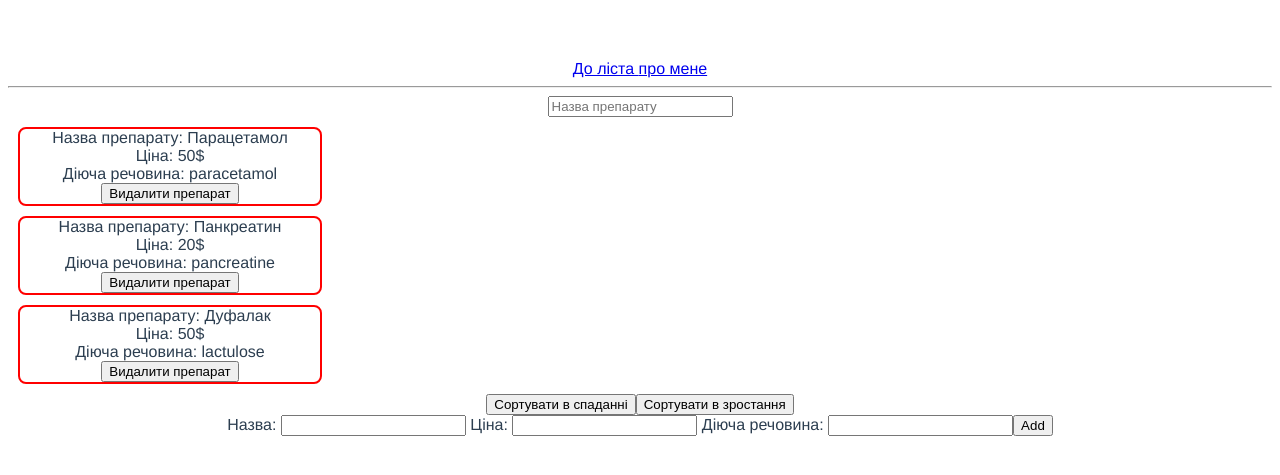
Repository: KYUUBI-K/Labs-from-2-course-
Page: /#/list (app in lab2(pharmacy)/)
These files come from the project's save history. The page is drawn as it stood at one moment and after the next save; the edit follows.
The browser window is 1280 px wide. The pictures show the whole page.
The project was rebuilt for these pictures with package versions that can differ from the ones it lists, and the page was loaded fresh each time.

Above is the page before, as saved 2021-12-21 16:10:10.

### lab2(pharmacy)/src/main.js
import Vue from 'vue'
import App from './App.vue'
import store from './state/index'
import VueRouter from 'vue-router';
import router from './router/index'

Vue.use(VueRouter);

Vue.config.productionTip = false

new Vue({
  store,
  router,
  render: (h) => h(App),
}).$mount('#app')

### lab2(pharmacy)/src/App.vue
<template>
  <div id="app">
    <router-link to="/list">До ліста </router-link>
    <router-link to="/AboutMe">про мене </router-link>
    <hr />
    <router-view></router-view>
  </div>
</template>

<script>
export default {
  name: "App",
  components: {},
};
</script>

<style>
#app {
  font-family: Avenir, Helvetica, Arial, sans-serif;
  -webkit-font-smoothing: antialiased;
  -moz-osx-font-smoothing: grayscale;
  text-align: center;
  color: #2c3e50;
  margin-top: 60px;
}
</style>

### lab2(pharmacy)/src/state/index.js
import Vue from 'vue'
import Vuex from 'vuex'
import { v4 as uuidv4 } from 'uuid'
Vue.use(Vuex)

const store = new Vuex.Store({
  state: {
    search:"",
    taskList:[
        {
          id:1, title:'Парацетамол', price:'50', active_substance:'paracetamol',
        },
        {
            id:2, title:'Панкреатин', price:'20', active_substance:'pancreatine',

        },
        {
            id:3, title:'Дуфалак', price:'50', active_substance:'lactulose',

        }
    ]
  },
  getters:{
      getTaskList:(state)=>state.taskList
  },
  mutations:{
    addNewTask(state, dataObj) {
      state.taskList.push({
        id: uuidv4(),
        ...dataObj,
      })
    },
    deleteTask(state,dataobj){
        state.taskList = state.taskList.filter(item=>(item.id != dataobj))
    },
    sortTuskUp(state,dataobj){
        state.taskList = state.taskList.sort(item=>(item.price=dataobj))
    }
  },
  actions:{
    addTask({ commit }, data) {
      commit('addNewTask', data)
    },
    delete({commit},data){
        commit('deleteTask',data)
    },
    sortup({commit},data){
        commit('sortTuskUp',data)
    }
  }

})

export default store

### lab2(pharmacy)/src/router/index.js
import Vue from 'vue';
import VueRouter from 'vue-router';
import Tasklist from '../components/Tasklist'
Vue.use(VueRouter);

export const router = new VueRouter({
    routes:[
    {
        path:'/list',
        component:Tasklist,
        name:'list',
    }
    ]

});
export default router

### lab2(pharmacy)/src/components/Tasklist/index.vue
<template>
  <div>
    <div>
      <input type="search" v-model="search" placeholder="Назва препарату" />
    </div>
    <task-item v-for="task in filterTask" :key="task.id" :task="task" />
    <div>
      <div>
        <button>Сортувати в спаданні</button>
        <button @click="upsort">Сортувати в зростання</button>
      </div>
      <add-new-task />
    </div>
  </div>
</template>

<script>
import TaskItem from "./Taskitem";
import AddNewTask from "@/components/AddNewTask";

import { mapGetters } from "vuex";
export default {
  data() {
    return {
      search: "",
    };
  },
  name: "TaskList",
  components: {
    TaskItem,
    AddNewTask,
  },
  computed: {
    ...mapGetters(["getTaskList"]),
    filterTask() {
      let list = [...this.getTaskList];
      if (this.search) {
        list = list.filter((item) => {
          return item.title.indexOf(this.search) > -1;
        });
      }
      return list;
    },
  },
};
</script>

<style lang="scss" scoped>
</style>

### lab2(pharmacy)/src/components/Tasklist/Taskitem/index.vue
<template>
  <div class="task">
    <div>Назва препарату: {{ task.title }}</div>
    <div>Ціна: {{ task.price }}$</div>
    <div>Діюча речовина: {{ task.active_substance }}</div>
    <button @click="deletetask">Видалити препарат</button>
  </div>
</template>

<script>
import { mapActions } from "vuex";
export default {
  name: "Taskitem",
  props: {
    task: {
      type: Object,
      default: () => ({}),
    },
  },
  methods: {
    ...mapActions(["delete"]),
    deletetask() {
      this.delete(this.task.id);
    },
  },
};
</script>

<style lang="css" scoped>
.task {
  width: 300px;
  border: 2px solid red;
  border-radius: 8px;
  margin: 10px;
}
</style>

### lab2(pharmacy)/src/components/AddNewTask/index.vue
<template>
  <div>
    <div>
      <label>
        Назва:
        <input type="text" v-model="title" />
      </label>
      <label>
        Ціна:
        <input type="text" v-model.number="price" />
      </label>
      <label>
        Діюча речовина:
        <input type="text" v-model="active_substance" />
      </label>
      <button @click="onAdd">Add</button>
    </div>
  </div>
</template>

<script>
//1. Імпортуємо mapActions
import { mapActions } from "vuex";
export default {
  name: "AddNewTask",

  data() {
    return {
      title: null,
      price: null,
      active_substance: null,
    };
  },

  methods: {
    ...mapActions(["addTask"]),
    onAdd() {
      this.addTask({
        title: this.title,
        price: this.price,
        active_substance: this.active_substance,
      });
    },
  },
};
</script>

<style lang="scss" scoped>
</style>

Loaded but not shown: lab2(pharmacy)/public/index.html (common file)

After the next save:
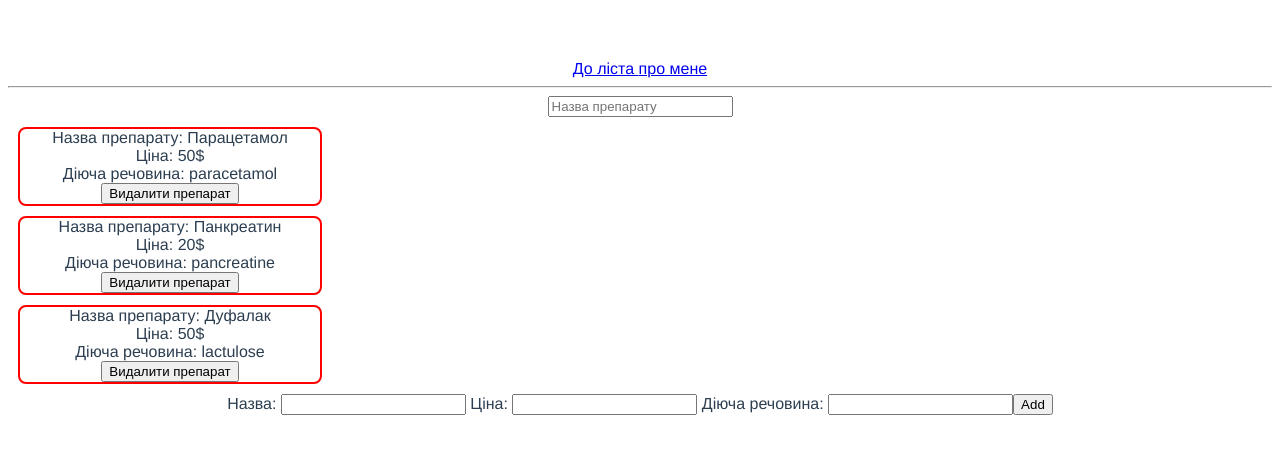
Saved 16 s later.
--- a/lab2(pharmacy)/src/components/Tasklist/index.vue
+++ b/lab2(pharmacy)/src/components/Tasklist/index.vue
@@ -5,10 +5,6 @@
     </div>
     <task-item v-for="task in filterTask" :key="task.id" :task="task" />
     <div>
-      <div>
-        <button>Сортувати в спаданні</button>
-        <button @click="upsort">Сортувати в зростання</button>
-      </div>
       <add-new-task />
     </div>
   </div>
